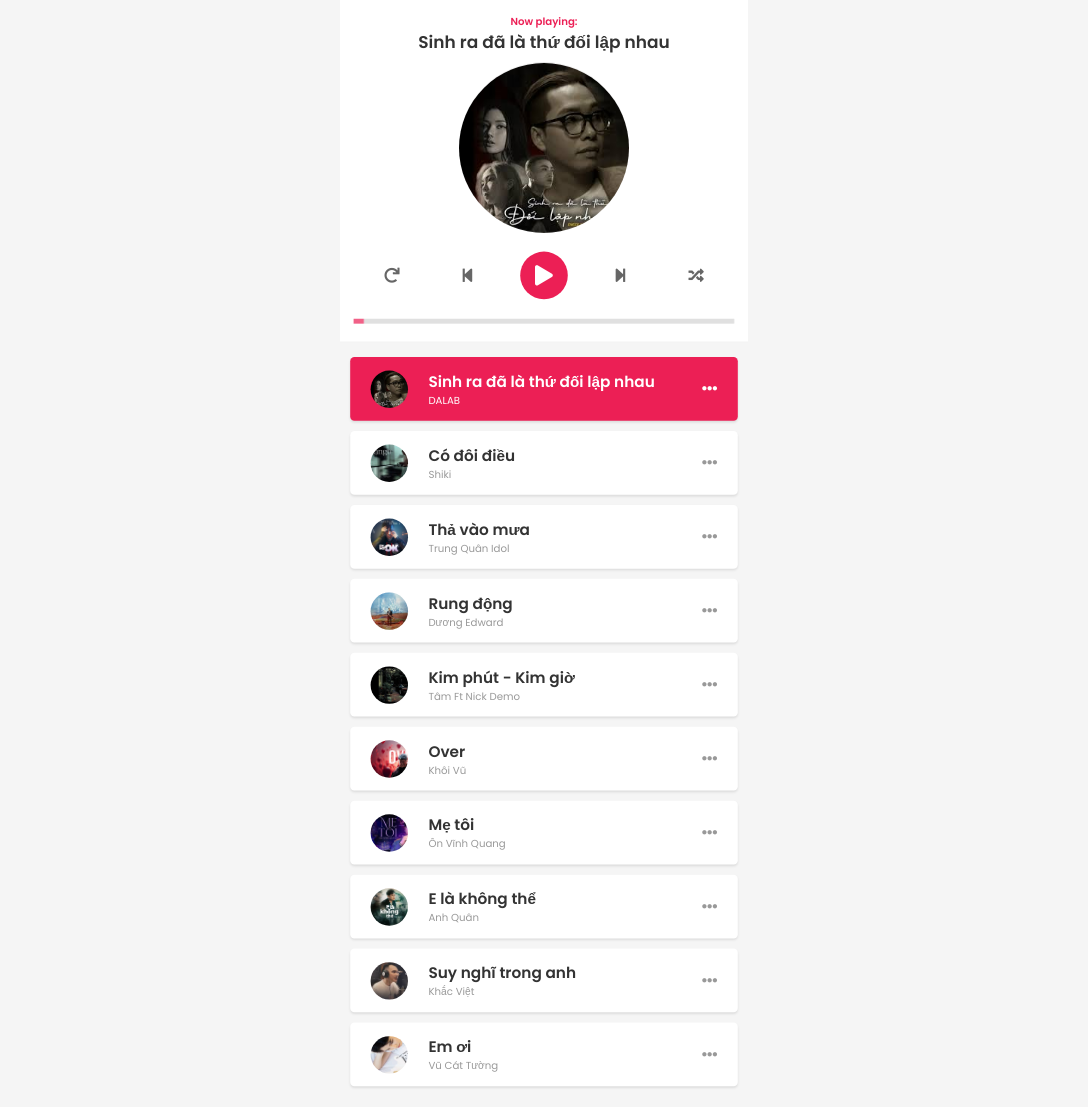
Repository: PhanPhuongNam2108/SiTrumChill
Page: index.html
The author's editor kept a copy of each file at every save. The page is drawn from the files as they stood at one save, then again after the next save.
The browser window is 1280 px wide. The pictures show the whole page, at 85% of full size.
Pictures or frames that could not be fetched are drawn as grey boxes.

Above is the page before, as saved 2025-11-27 13:52:42.

### index.html
<!DOCTYPE html>
<html lang="en">

<head>
  <meta charset="UTF-8">
  <meta http-equiv="X-UA-Compatible" content="IE=edge">
  <meta name="viewport" content="width=device-width, initial-scale=1.0">
  <title>Music player</title>
  <link rel="stylesheet" href="https://cdnjs.cloudflare.com/ajax/libs/font-awesome/5.15.2/css/all.min.css"
    integrity="sha512-HK5fgLBL+xu6dm/Ii3z4xhlSUyZgTT9tuc/hSrtw6uzJOvgRr2a9jyxxT1ely+B+xFAmJKVSTbpM/CuL7qxO8w=="
    crossorigin="anonymous" />
  <link rel="preconnect" href="https://fonts.gstatic.com">
  <link href="https://fonts.googleapis.com/css2?family=Poppins:wght@300;400;600&display=swap" rel="stylesheet">
  <link rel="stylesheet" href="./assets/css/style.css">
  <link rel="icon" type="image/png" href="/assets/img/img1.jpg">
</head>

<body>
<div class="player">
  <!-- Dashboard -->
  <div class="dashboard">
    <!-- Header -->
    <header>
      <h4>Now playing:</h4>
      <h2>String 57th & 9th</h2>
    </header>

    <!-- CD -->
    <div class="cd">
      <div class="cd-thumb" style="background-image: url('https://i.ytimg.com/vi/jTLhQf5KJSc/maxresdefault.jpg')">
      </div>
    </div>

    <!-- Control -->
    <div class="control">
      <div class="btn btn-repeat">
        <i class="fas fa-redo"></i>
      </div>
      <div class="btn btn-prev">
        <i class="fas fa-step-backward"></i>
      </div>
      <div class="btn btn-toggle-play">
        <i class="fas fa-pause icon-pause"></i>
        <i class="fas fa-play icon-play"></i>
      </div>
      <div class="btn btn-next">
        <i class="fas fa-step-forward"></i>
      </div>
      <div class="btn btn-random">
        <i class="fas fa-random"></i>
      </div>
    </div>

    <input id="progress" class="progress" type="range" value="0" step="1" min="0" max="100">

    <audio id="audio" src=""></audio>
  </div>

  <!-- Playlist -->
  <div class="playlist">

  </div>
</div>

<script>
  const $ = document.querySelector.bind(document)
  const $$ = document.querySelectorAll.bind(document)

  const player = $('.player')
  const cd = $('.cd')
  const heading = $('header h2')
  const cdThumb = $('.cd-thumb')
  const audio = $('#audio')
  const playBtn = $('.btn-toggle-play')
  const progress = $('#progress')
  const prevBtn = $('.btn-prev')
  const nextBtn = $('.btn-next')
  const repeatBtn = $('.btn-repeat')
  const randomBtn = $('.btn-random')
  const playlist = $('.playlist')

  const app = {
    currentIndex: 0,
    isPlaying: false,
    isRandom: false,
    isRepeat: false,
    songs: [
      {
        name: 'Sinh ra đã là thứ đối lập nhau',
        singer: 'DALAB',
        path: './assets/music/song1.mp3',
        image: './assets/img/img1.jpg'
      },
      {
        name: 'Có đôi điều',
        singer: 'Shiki',
        path: './assets/music/song2.mp3',
        image: './assets/img/img2.jpg'
      },
      {
        name: 'Thả vào mưa',
        singer: 'Trung Quân Idol',
        path: './assets/music/song3.mp3',
        image: './assets/img/img3.jpg'
      },
      {
        name: 'Rung động',
        singer: 'Dương Edward',
        path: './assets/music/song4.mp3',
        image: './assets/img/img4.jpg'
      },
      {
        name: 'Kim phút - Kim giờ',
        singer: 'Tâm Ft Nick Demo',
        path: './assets/music/song5.mp4',
        image: './assets/img/img5.jpg'
      },
      {
        name: 'Over',
        singer: 'Khôi Vũ',
        path: './assets/music/song6.mp3',
        image: './assets/img/img6.jpg'
      },
      {
        name: 'Mẹ tôi',
        singer: 'Ôn Vĩnh Quang',
        path: './assets/music/song7.mp4',
        image: './assets/img/img7.jpg'
      },
      {
        name: 'E là không thể',
        singer: 'Anh Quân',
        path: './assets/music/song8.mp3',
        image: './assets/img/img8.jpg'
      },
      {
        name: 'Suy nghĩ trong anh',
        singer: 'Khắc Việt',
        path: './assets/music/song9.mp3',
        image: './assets/img/img9.jpg'
      },
      {
        name: 'Em ơi',
        singer: 'Vũ Cát Tường',
        path: './assets/music/song10.mp3',
        image: './assets/img/img10.jpg'
      },
    ],

    render: function() {
      const htmls = this.songs.map((song, index) => {
        return `
          <div class="song ${index === this.currentIndex ? 'active' : ''}">
            <div class="thumb"
              style="background-image: url('${song.image}')">
            </div>
            <div class="body">
              <h3 class="title">${song.name}</h3>
              <p class="author">${song.singer}</p>
            </div>
            <div class="option">
              <i class="fas fa-ellipsis-h"></i>
            </div>
          </div>
        `
      })
      playlist.innerHTML = htmls.join('')
    },

    defineProperties: function() {
      Object.defineProperty(this, 'currentSong', {
        get: function() {
          return this.songs[this.currentIndex]
        }
      })
    },

    handleEvents: function() {
      const _this = this
      const cdWidth = cd.offsetWidth

      const cdThumbAnimate = cdThumb.animate([
        { transform: 'rotate(360deg)'}
      ], {
        duration: 10000,
        iterations: Infinity
      })
      cdThumbAnimate.pause()

      document.onscroll = function() {
        const scrollTop = window.scrollY || document.documentElement.scrollTop
        const newCdWidth = cdWidth - scrollTop
        cd.style.width = newCdWidth > 0 ? newCdWidth + 'px' : 0
        cd.style.opacity = newCdWidth / cdWidth
      }

      playBtn.onclick = function() {
        if (_this.isPlaying) {
          audio.pause()
        } else {
          audio.play()
        }
      }

      audio.onplay = function() {
        _this.isPlaying = true
        player.classList.add('playing')
        cdThumbAnimate.play()
      }

      audio.onpause = function() {
        _this.isPlaying = false
        player.classList.remove('playing')
        cdThumbAnimate.pause()
      }

      audio.ontimeupdate = function() {
        if (audio.duration) {
          const progressPercent = Math.floor(audio.currentTime / audio.duration * 100)
          progress.value = progressPercent
        }
      }

      progress.oninput = function(e) {
        const seekTime = audio.duration / 100 * e.target.value
        audio.currentTime = seekTime
      }

      nextBtn.onclick = function() {
        if (_this.isRandom) {
          _this.playRandomSong()
        } else {
          _this.nextSong()
        }
        _this.render()
        _this.scrollToActiveSong()
        audio.play()
      }

      prevBtn.onclick = function() {
        if (_this.isRandom) {
          _this.playRandomSong()
        } else {
          _this.prevSong()
        }
        _this.render()
        _this.scrollToActiveSong()
        audio.play()
      }

      randomBtn.onclick = function() {
        _this.isRandom = !_this.isRandom
        randomBtn.classList.toggle('active', _this.isRandom)
      }

      repeatBtn.onclick = function() {
        _this.isRepeat = !_this.isRepeat
        repeatBtn.classList.toggle('active', _this.isRepeat)
      }

      audio.onended = function() {
        if (_this.isRepeat) {
          audio.play()
        } else {
          nextBtn.onclick()
        }
      }


    },

    scrollToActiveSong: function() {
      setTimeout(() => {
        const active = document.querySelector('.song.active')
        if(!active) return
        if(this.currentIndex === 0) {
          active.scrollIntoView({ behavior: 'smooth', block: 'end'})
        } else {
          active.scrollIntoView({ behavior: 'smooth', block: 'center'})
        }
      }, 300)
    },

    loadCurrentSong: function() {
      heading.textContent = this.currentSong.name
      cdThumb.style.backgroundImage = `url('${this.currentSong.image}')`
      audio.src = this.currentSong.path
    },

    nextSong: function() {
      this.currentIndex++
      if (this.currentIndex >= this.songs.length) {
        this.currentIndex = 0
      }
      this.loadCurrentSong()
    },

    prevSong: function() {
      this.currentIndex--
      if (this.currentIndex < 0) {
        this.currentIndex = this.songs.length - 1
      }
      this.loadCurrentSong()
    },

    playRandomSong: function() {
      let newIndex
      do {
        newIndex = Math.floor(Math.random() * this.songs.length)
      } while (newIndex === this.currentIndex)
      this.currentIndex = newIndex
      this.loadCurrentSong()
    },

    start: function() {
      this.defineProperties()
      this.handleEvents()
      this.loadCurrentSong()
      this.render()
    }
  }

  app.start()
</script>
</body>
</html>

### assets/css/style.css
:root {
  --primary-color: #ec1f55;
  --text-color: #333;
}

* {
  padding: 0;
  margin: 0;
  box-sizing: inherit;
}

body {
  background-color: #f5f5f5;
}

html {
  box-sizing: border-box;
  font-family: "Poppins", sans-serif;
}

.player {
  position: relative;
  max-width: 480px;
  margin: 0 auto;
}

.player .icon-pause {
  display: none;
}

.player.playing .icon-pause {
  display: inline-block;
}

.player.playing .icon-play {
  display: none;
}

.dashboard {
  padding: 16px 16px 14px;
  background-color: #fff;
  position: fixed;
  top: 0;
  width: 100%;
  max-width: 480px;
  border-bottom: 1px solid #ebebeb;
}

/* HEADER */
header {
  text-align: center;
  margin-bottom: 10px;
}

header h4 {
  color: var(--primary-color);
  font-size: 12px;
}

header h2 {
  color: var(--text-color);
  font-size: 20px;
}

/* CD */
.cd {
  display: flex;
  margin: auto;
  width: 200px;
}

.cd-thumb {
  width: 100%;
  padding-top: 100%;
  border-radius: 50%;
  background-color: #333;
  background-size: cover;
  margin: auto;
}

/* CONTROL */
.control {
  display: flex;
  align-items: center;
  justify-content: space-around;
  padding: 18px 0 8px 0;
}

.control .btn {
  color: #666;
  padding: 18px;
  font-size: 18px;
}

.control .btn.active {
  color: var(--primary-color);
}

.control .btn-toggle-play {
  width: 56px;
  height: 56px;
  border-radius: 50%;
  font-size: 24px;
  color: #fff;
  display: flex;
  align-items: center;
  justify-content: center;
  background-color: var(--primary-color);
}

.progress {
  width: 100%;
  -webkit-appearance: none;
  height: 6px;
  background: #d3d3d3;
  outline: none;
  opacity: 0.7;
  -webkit-transition: 0.2s;
  transition: opacity 0.2s;
}

.progress::-webkit-slider-thumb {
  -webkit-appearance: none;
  appearance: none;
  width: 12px;
  height: 6px;
  background-color: var(--primary-color);
  cursor: pointer;
}

/* PLAYLIST */
.playlist {
  margin-top: 408px;
  padding: 12px;
}

.song {
  display: flex;
  align-items: center;
  margin-bottom: 12px;
  background-color: #fff;
  padding: 8px 16px;
  border-radius: 5px;
  box-shadow: 0 2px 3px rgba(0, 0, 0, 0.1);
}

.song.active {
  background-color: var(--primary-color);
}

.song:active {
  opacity: 0.8;
}

.song.active .option,
.song.active .author,
.song.active .title {
  color: #fff;
}

.song .thumb {
  width: 44px;
  height: 44px;
  border-radius: 50%;
  background-size: cover;
  margin: 0 8px;
}

.song .body {
  flex: 1;
  padding: 0 16px;
}

.song .title {
  font-size: 18px;
  color: var(--text-color);
}

.song .author {
  font-size: 12px;
  color: #999;
}

.song .option {
  padding: 16px 8px;
  color: #999;
  font-size: 18px;
}

After the next save:
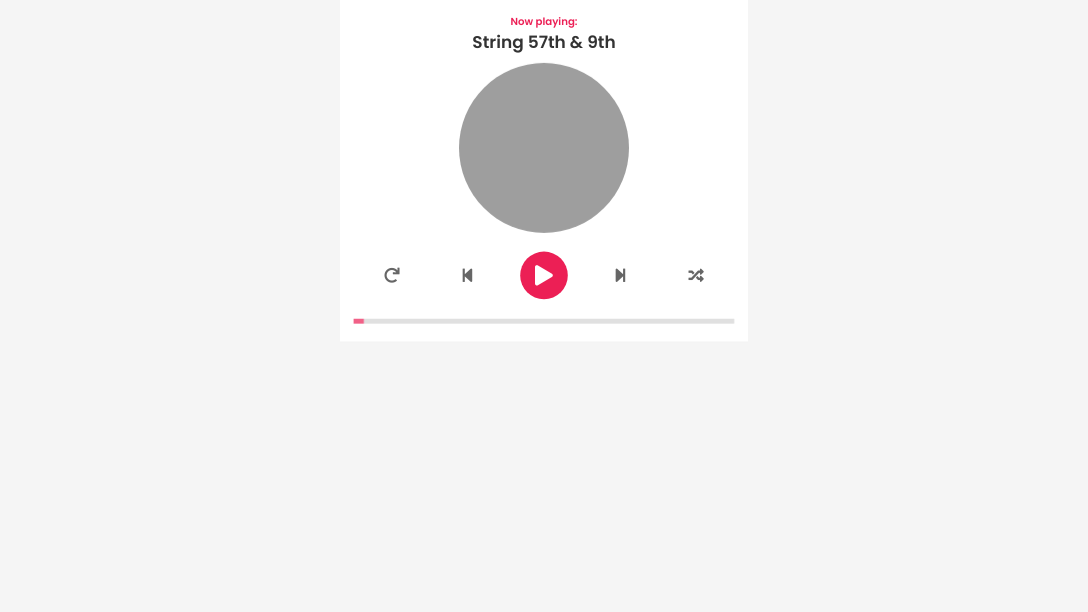
Console error: ReferenceError: play is not defined
Saved 11 s later.
--- a/index.html
+++ b/index.html
@@ -265,7 +265,7 @@
           nextBtn.onclick()
         }
       }
-
+      play
 
     },
 

After the 4 saves that followed:
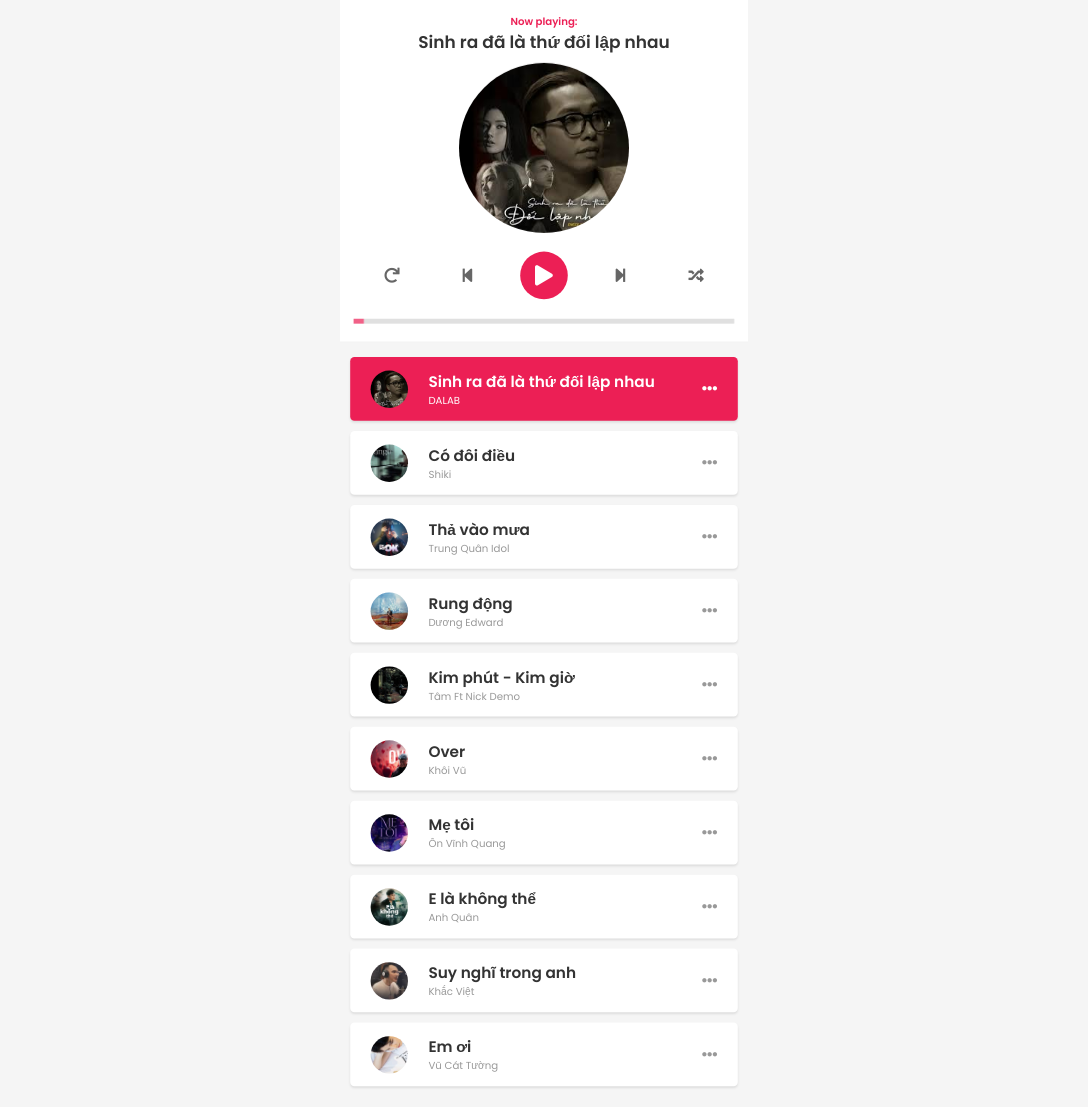
The error is gone.
The 4 saves are shown as one change because they came seconds apart.
The last was saved 11 s later.
--- a/index.html
+++ b/index.html
@@ -265,7 +265,7 @@
           nextBtn.onclick()
         }
       }
-      play
+      playlist.on
 
     },
 
